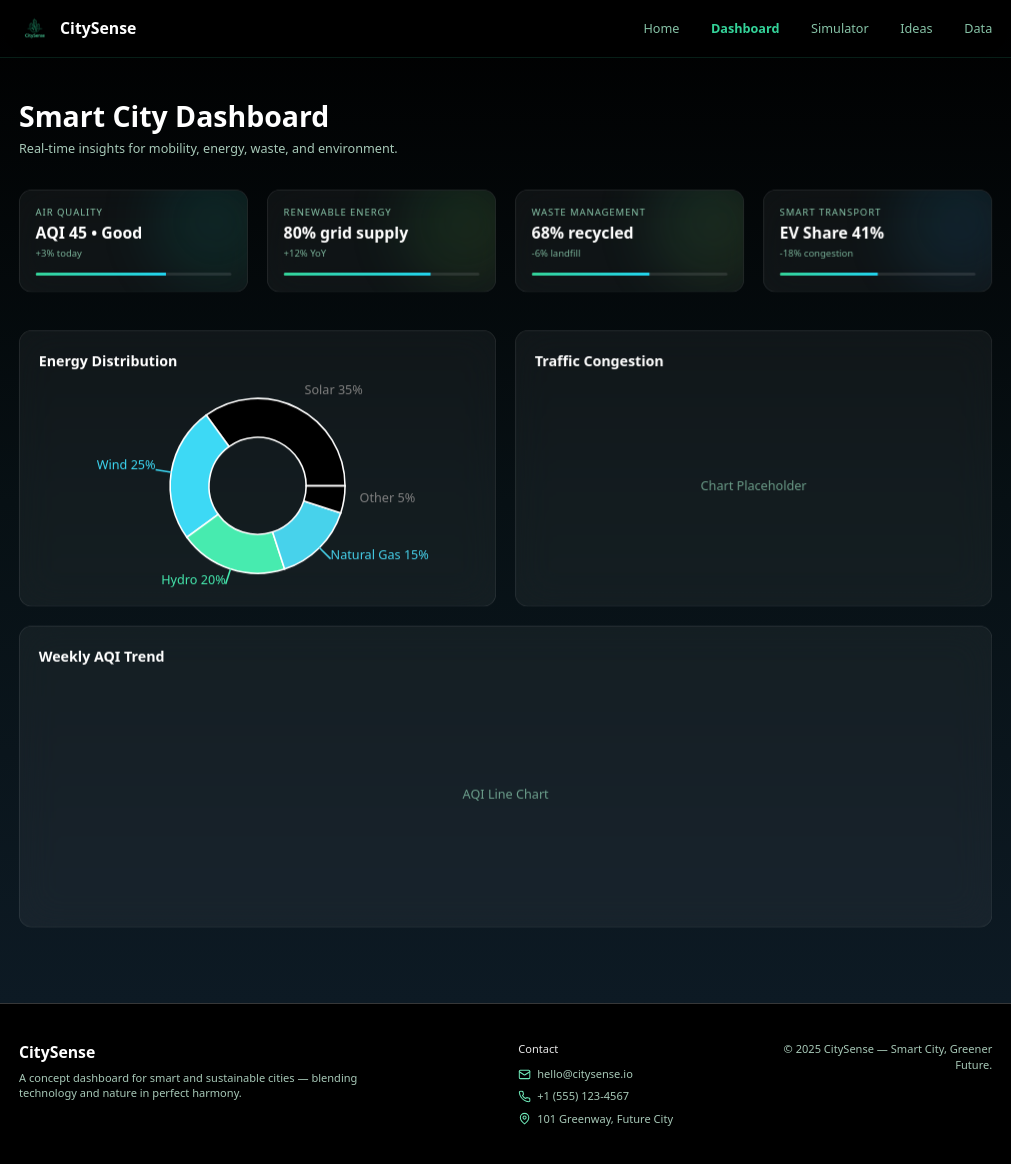
Repository: crashyet/CitySense
Page: /dashboard
The author's editor kept a copy of each file at every save. The page is drawn from the files as they stood at one save, then again after the next save.
The browser window is 1280 px wide. The pictures show the whole page, at 79% of full size.
The project was rebuilt for these pictures with package versions that can differ from the ones it lists, and the page was loaded fresh each time. Also part of the build but not shown: vite.config.js, src/pages/landing/Hero.jsx, src/pages/landing/DashboardPreview.jsx, src/pages/landing/Infographic.jsx, src/pages/landing/Community.jsx, src/pages/landing/index.jsx, src/pages/Simulator/index.jsx, src/pages/Ideas/index.jsx and 1 more.

Above is the page before, as saved 2025-11-16 23:00:01.

After the next save:
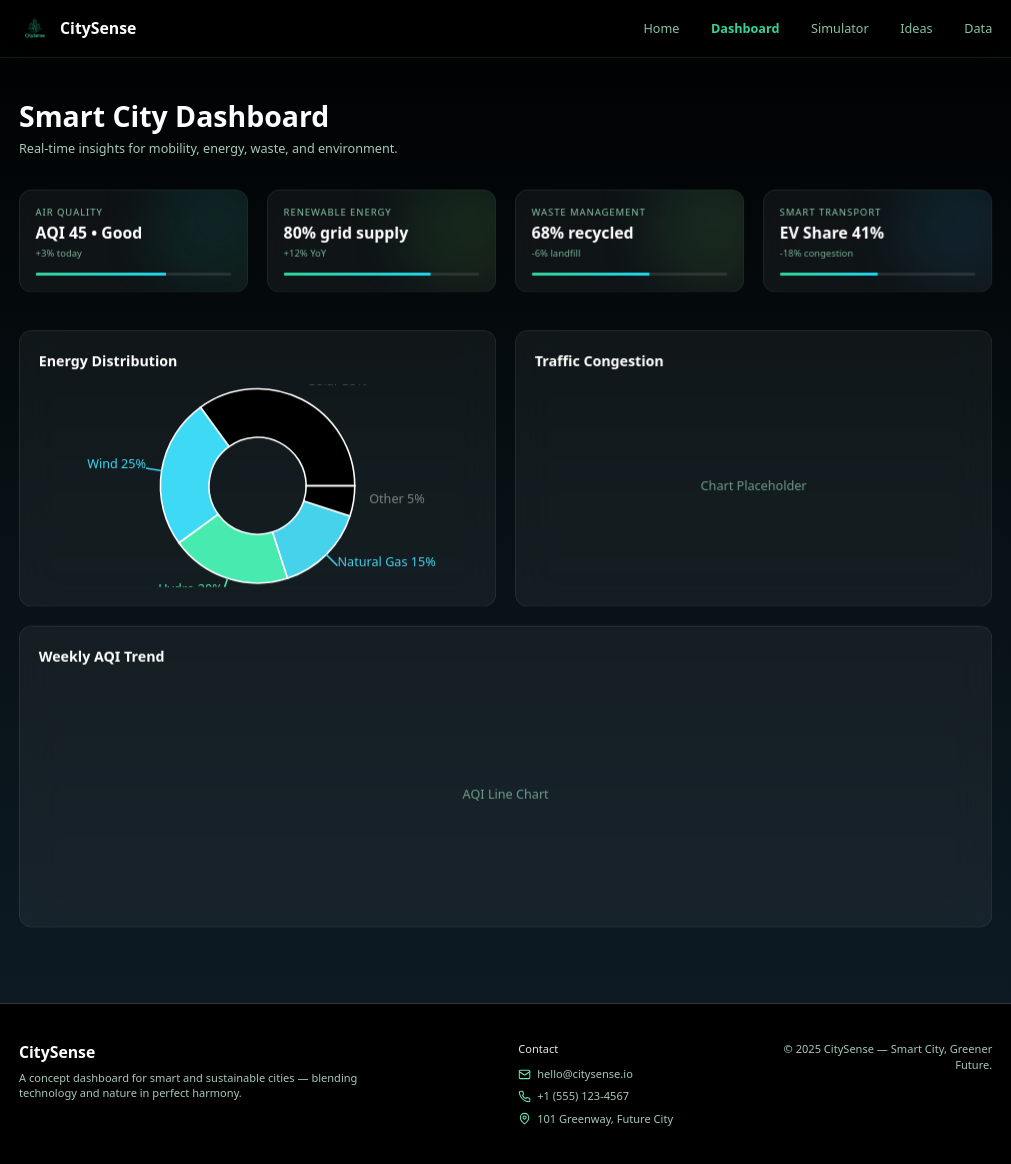
Saved 41 s later.
--- a/src/components/EnergyPieChart.jsx
+++ b/src/components/EnergyPieChart.jsx
@@ -21,7 +21,7 @@ export default function EnergyPieChart() {
             cx="50%"
             cy="50%"
             innerRadius="50%"
-            outerRadius="90%"
+            outerRadius="100%"
             stroke="#fff"
             strokeWidth={2}
             label={({ name, value }) => `${name} ${value}%`}
